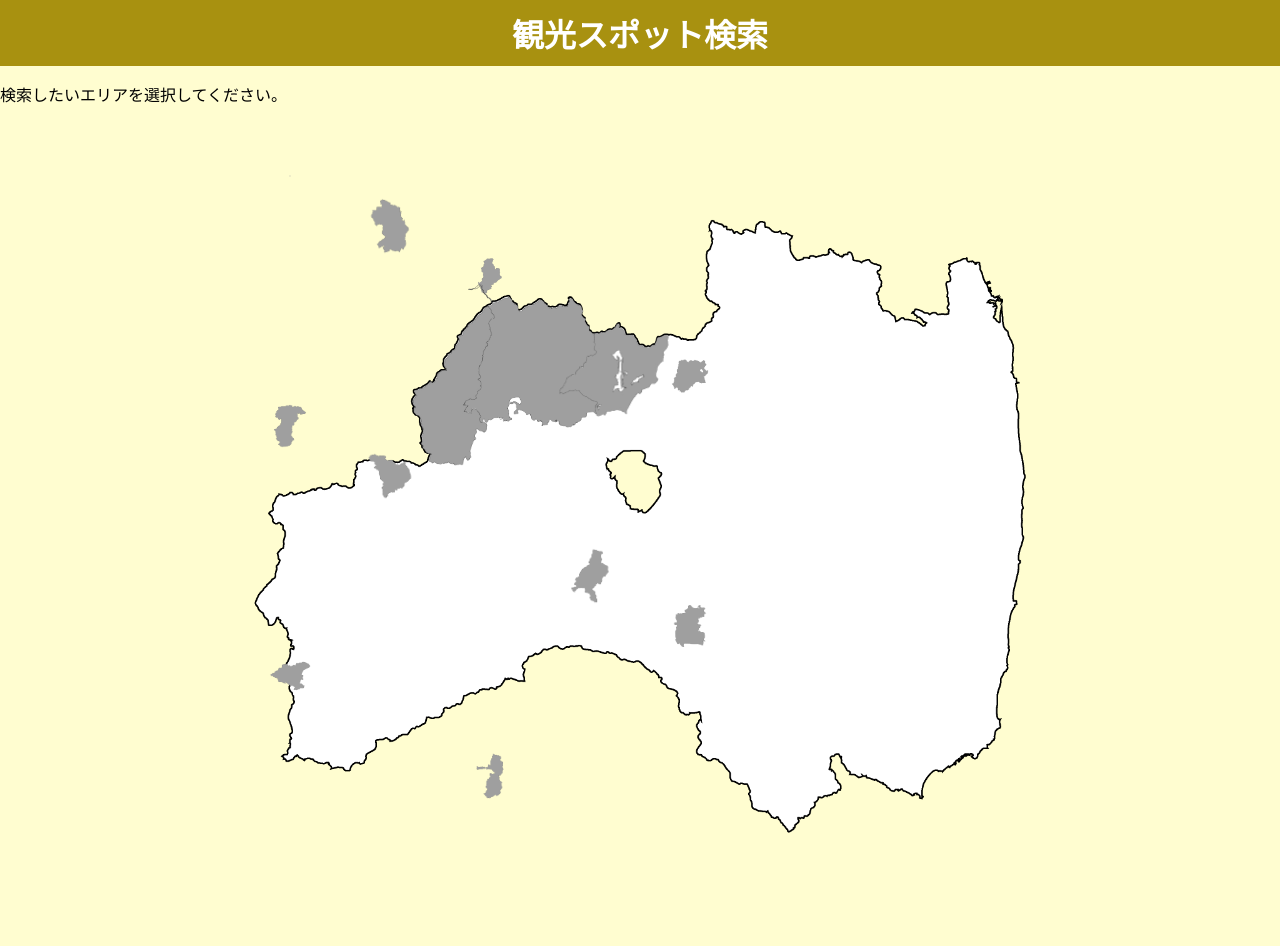
Repository: ryoutana/tanaryou.github.io
Page: Downloads/project/index.html
An editor plug-in stored every save of this project. The page is shown before and after a run of saves, followed by the edit.
The browser window is 1280 px wide. The pictures show the whole page.

Above is the page before, as saved 2025-04-29 12:49:02.

After the next 5 saves:
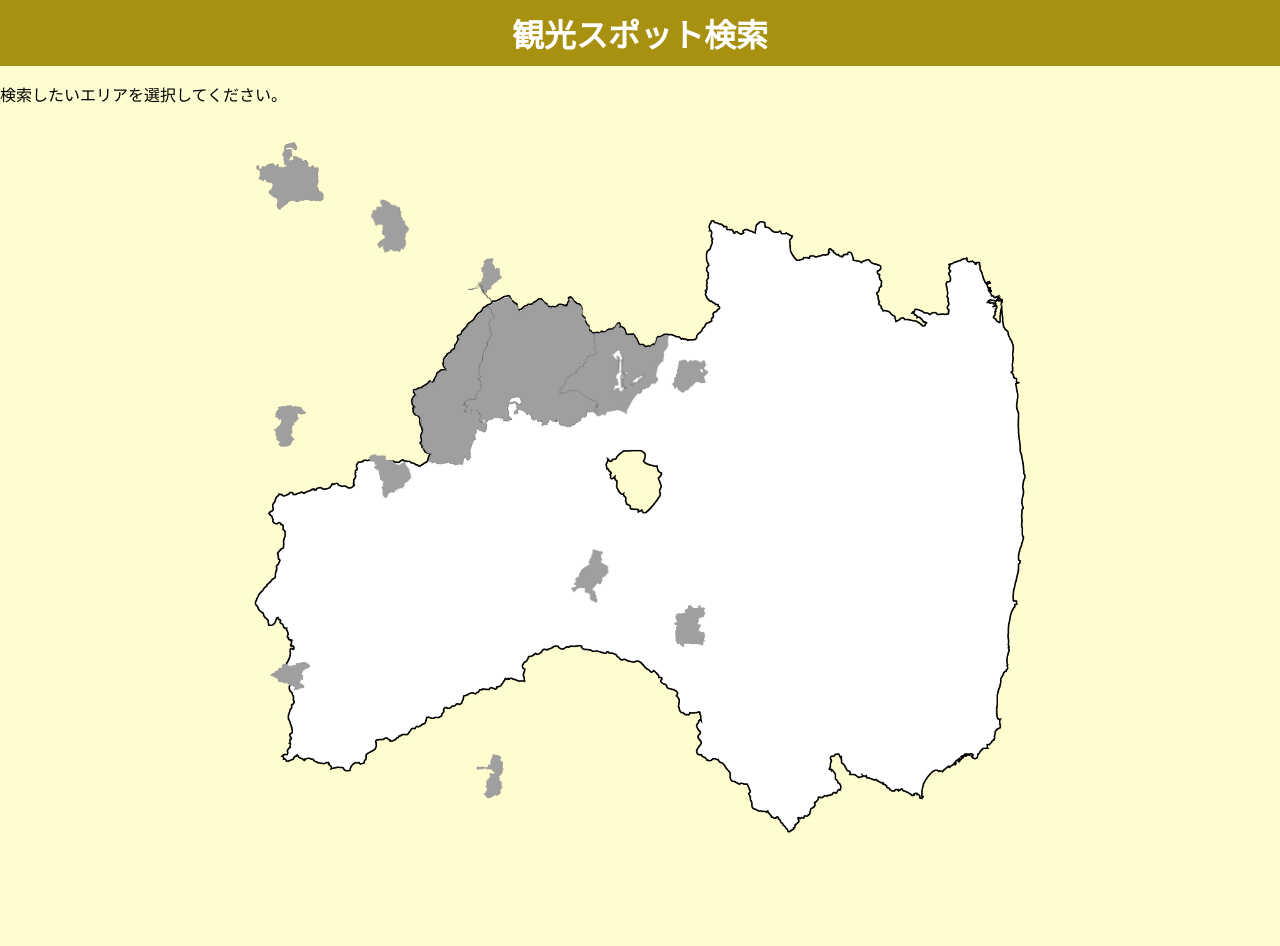
The 5 saves are shown as one change because they came seconds apart.
The last was saved 8 s later.
--- a/Downloads/project/script.js
+++ b/Downloads/project/script.js
@@ -2,7 +2,7 @@
 
 // スポットデータ（座標は地図画像内の相対的なピクセル位置）
 const spots = [
-    { name: '会津坂下町', img: '会津坂下町(白地図).png', x: 50, y: 50, width: 1 },
+    { name: '会津坂下町', img: '会津坂下町(白地図).png', x: 50, y: 50, width: 80 },
     { name: '会津若松市', img: '会津若松市(白地図).png', x: 150, y: 100, width: 60 },
     { name: '会津美里町', img: '会津美里町(白地図).png', x: 250, y: 150, width: 40 },
     { name: '喜多方市', img: '喜多方市(白地図).png', x: 291, y: 230, width: 170 },
